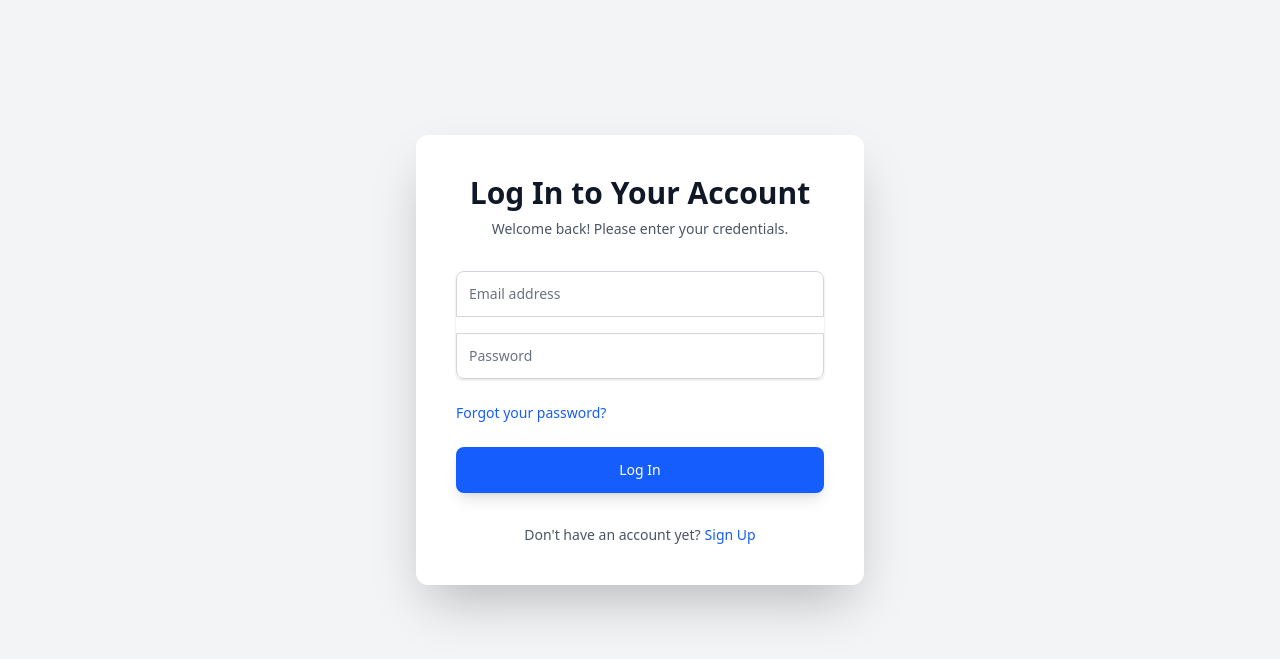
Repository: ehsanabbasifar-developer/next-store
Page: /login
The author's editor kept a copy of each file at every save. The page is drawn from the files as they stood at one save, then again after a run of saves.
The browser window is 1280 px wide. The pictures show the whole page.
The project was rebuilt for these pictures with package versions that can differ from the ones it lists, and the page was loaded fresh each time. The framework's server and built-in components were replaced by stand-ins that run in the browser. Also part of the build but not shown: next.config.ts.

Above is the page before, as saved 2025-10-01 03:50:11.

### src/app/layout.tsx
import type { Metadata } from "next";
import { Geist, Geist_Mono } from "next/font/google";
import { Toaster } from "react-hot-toast";
import "./globals.css";

const geistSans = Geist({
  variable: "--font-geist-sans",
  subsets: ["latin"],
});

const geistMono = Geist_Mono({
  variable: "--font-geist-mono",
  subsets: ["latin"],
});

export const metadata: Metadata = {
  title: "Create Next App",
  description: "Generated by create next app",
};

export default function RootLayout({
  children,
}: Readonly<{
  children: React.ReactNode;
}>) {
  return (
    <html lang="en">
      <body
        className={`${geistSans.variable} ${geistMono.variable} antialiased`}
      >
        {children}
        <Toaster/>
      </body>
    </html>
  );
}

### src/app/login/page.tsx
export default function LoginPage() {
  return (
    <div className="flex flex-col min-h-screen font-sans antialiased">
      <main className="flex-grow flex items-center justify-center py-12 px-4 sm:px-6 lg:px-8 bg-gray-100">
        <div className="max-w-md w-full space-y-8 bg-white p-10 shadow-2xl rounded-xl">
          <div className="text-center">
            <h1 className="text-3xl font-extrabold text-gray-900">
              Log In to Your Account
            </h1>
            <p className="mt-2 text-sm text-gray-600">
              Welcome back! Please enter your credentials.
            </p>
          </div>

          <form className="mt-8 space-y-6" action="#" method="POST">
            <div className="rounded-md shadow-sm -space-y-px">
              {/* Email Field */}
              <div className="mb-4">
                <label htmlFor="email-address" className="sr-only">
                  Email address
                </label>
                <input
                  id="email-address"
                  name="email"
                  type="email"
                  autoComplete="email"
                  required
                  placeholder="Email address"
                  className="appearance-none rounded-none relative block w-full px-3 py-3 border border-gray-300 placeholder-gray-500 text-gray-900 rounded-t-lg focus:outline-none focus:ring-blue-500 focus:border-blue-500 sm:text-sm transition-colors"
                />
              </div>

              {/* Password Field */}
              <div>
                <label htmlFor="password" className="sr-only">
                  Password
                </label>
                <input
                  id="password"
                  name="password"
                  type="password"
                  autoComplete="current-password"
                  required
                  placeholder="Password"
                  className="appearance-none rounded-none relative block w-full px-3 py-3 border border-gray-300 placeholder-gray-500 text-gray-900 rounded-b-lg focus:outline-none focus:ring-blue-500 focus:border-blue-500 sm:text-sm transition-colors"
                />
              </div>
            </div>

            <div className="flex items-center justify-between">
              {/* Forget Password Link */}
              <div className="text-sm">
                <a
                  href="#"
                  className="font-medium text-blue-600 hover:text-blue-500 transition-colors"
                >
                  Forgot your password?
                </a>
              </div>
            </div>

            {/* Submit Button */}
            <div>
              <button
                type="submit"
                className="group relative w-full flex justify-center py-3 px-4 border border-transparent text-sm font-medium rounded-lg text-white bg-blue-600 hover:bg-blue-700 focus:outline-none focus:ring-2 focus:ring-offset-2 focus:ring-blue-500 shadow-lg transition-colors"
              >
                Log In
              </button>
            </div>
          </form>

          {/* لینکی برای انتقال به صفحه Sign In (ثبت نام) */}
          <div className="text-center">
            <p className="text-sm text-gray-600">
              Don't have an account yet?
              <a
                href="/signin"
                className="font-medium text-blue-600 hover:text-blue-500 ml-1 transition-colors"
              >
                Sign Up
              </a>
            </p>
          </div>
        </div>
      </main>
    </div>
  );
}

Loaded but not shown: src/app/globals.css (common file)

After the next 3 saves:
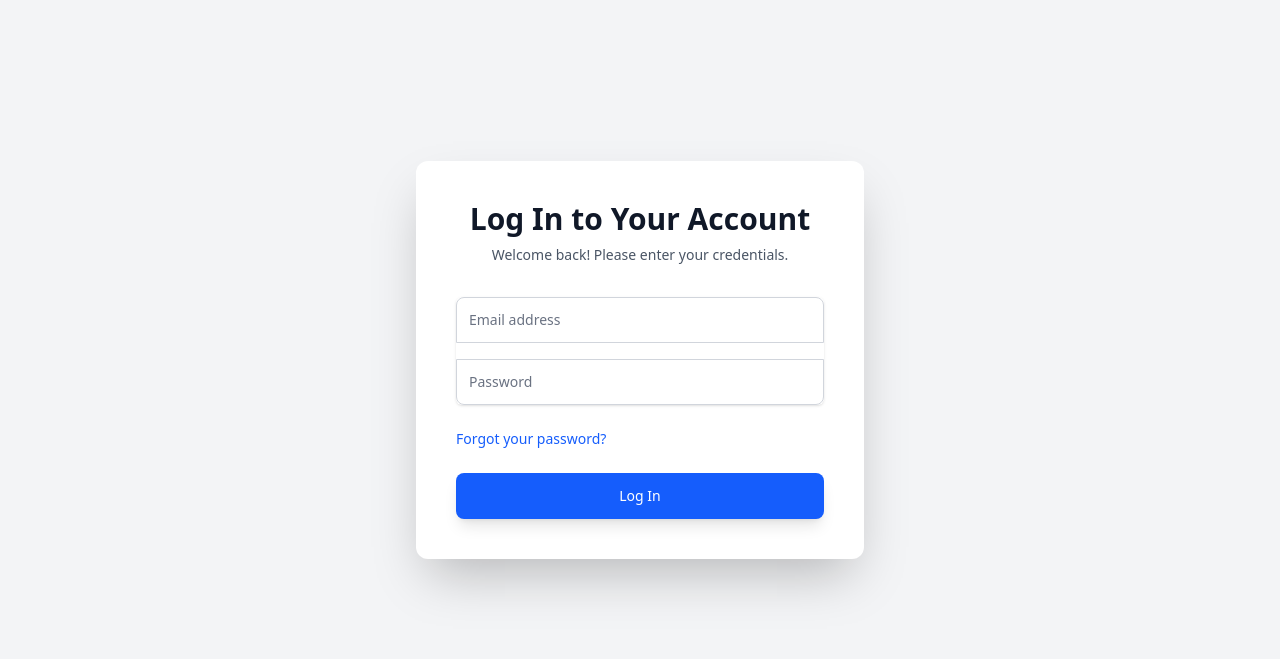
The 3 saves are shown as one change because they came seconds apart.
The last was saved 20 s later.
--- a/src/app/login/page.tsx
+++ b/src/app/login/page.tsx
@@ -69,19 +69,6 @@ export default function LoginPage() {
               </button>
             </div>
           </form>
-
-          {/* لینکی برای انتقال به صفحه Sign In (ثبت نام) */}
-          <div className="text-center">
-            <p className="text-sm text-gray-600">
-              Don't have an account yet?
-              <a
-                href="/signin"
-                className="font-medium text-blue-600 hover:text-blue-500 ml-1 transition-colors"
-              >
-                Sign Up
-              </a>
-            </p>
-          </div>
         </div>
       </main>
     </div>
